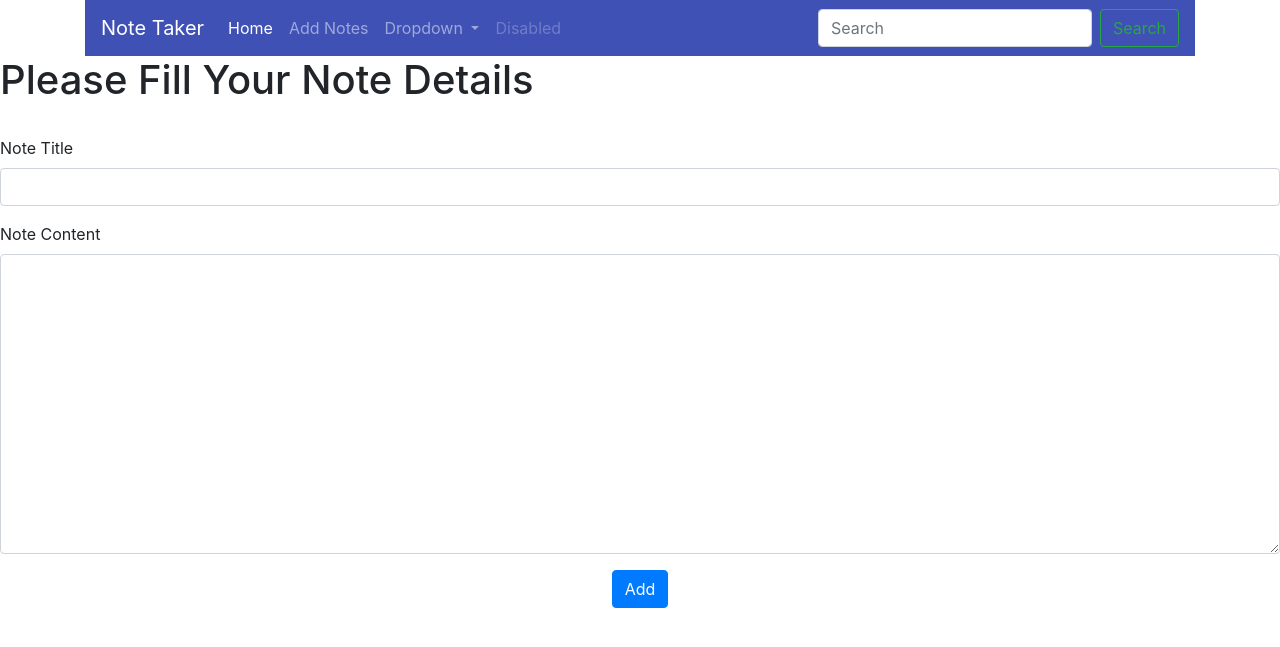
Repository: SudarshanSarnaik/Note_Taker
Page: http://localhost/NoteTaker/add_notes.jsp
The author's editor kept a copy of each file at every save. The page is drawn from the files as they stood at one save, then again after the next save.
The browser window is 1280 px wide. The pictures show the whole page.
The page is served by Tomcat 9. Other server files are loaded and not shown.

Above is the page before, as saved 2025-01-29 10:24:05.

### NoteTaker/src/main/webapp/add_notes.jsp
<%@ page language="java" contentType="text/html; charset=UTF-8"
    pageEncoding="UTF-8"%>
<!DOCTYPE html>
<html>
<head>
    <meta charset="UTF-8">
    <!-- Bootstrap CSS -->
    <link rel="stylesheet"
        href="https://cdn.jsdelivr.net/npm/bootstrap@4.4.1/dist/css/bootstrap.min.css"
        integrity="sha384-Vkoo8x4CGsO3+Hhxv8T/Q5PaXtkKtu6ug5TOeNV6gBiFeWPGFN9MuhOf23Q9Ifjh"
        crossorigin="anonymous">
    <link href="css/style.css" rel="stylesheet" />
    <title>Add Notes</title>
</head>
<body>

    <div class="container">
        <%@ include file="navbar.jsp" %>
    </div>

    <h1>Please Fill Your Note Details</h1>
    <br>

    <form action="note" method="post">
        <div class="mb-3">
            <label for="title" class="form-label">Note Title</label>
           <input type="text" class="form-control" id="title" name="title" required>

        </div>

        <div class="mb-3">
            <label for="content" class="form-label">Note Content</label>
            <textarea style="height: 300px;" class="form-control" id="content" name="content" required></textarea>

        </div>

        <div class="container text-center">
            <button type="submit" class="btn btn-primary">Add</button>
        </div>
    </form>

    <!-- Optional JavaScript -->
    <!-- jQuery first, then Popper.js, then Bootstrap JS -->
    <script src="https://code.jquery.com/jquery-3.4.1.slim.min.js"
        integrity="sha384-J6qa4849blE2+poT4WnyKhv5vZF5SrPo0iEjwBvKU7imGFAV0wwj1yYfoRSJoZ+n"
        crossorigin="anonymous"></script>
    <script
        src="https://cdn.jsdelivr.net/npm/popper.js@1.16.0/dist/umd/popper.min.js"
        integrity="sha384-Q6E9RHvbIyZFJoft+2mJbHaEWldlvI9IOYy5n3zV9zzTtmI3UksdQRVvoxMfooAo"
        crossorigin="anonymous"></script>
    <script
        src="https://cdn.jsdelivr.net/npm/bootstrap@4.4.1/dist/js/bootstrap.min.js"
        integrity="sha384-wfSDF2E50Y2D1uUdj0O3uMBJnjuUD4Ih7YwaYd1iqfktj0Uod8GCExl3Og8ifwB6"
        crossorigin="anonymous"></script>
</body>
</html>

### NoteTaker/src/main/webapp/navbar.jsp
<nav class="navbar navbar-expand-lg navbar-dark purple">
  <a class="navbar-brand" href="index.jsp">Note Taker</a>
  <button class="navbar-toggler" type="button" data-toggle="collapse" data-target="#navbarSupportedContent" aria-controls="navbarSupportedContent" aria-expanded="false" aria-label="Toggle navigation">
    <span class="navbar-toggler-icon"></span>
  </button>

  <div class="collapse navbar-collapse" id="navbarSupportedContent">
    <ul class="navbar-nav mr-auto">
      <li class="nav-item active">
        <a class="nav-link" href="index.jsp">Home <span class="sr-only">(current)</span></a>
      </li>
      <li class="nav-item">
        <a class="nav-link" href="add_notes.jsp">Add Notes</a>
      </li>
      <li class="nav-item dropdown">
        <a class="nav-link dropdown-toggle" href="#" id="navbarDropdown" role="button" data-toggle="dropdown" aria-haspopup="true" aria-expanded="false">
          Dropdown
        </a>
        <div class="dropdown-menu" aria-labelledby="navbarDropdown">
          <a class="dropdown-item" href="#">Action</a>
          <a class="dropdown-item" href="#">Another action</a>
          <div class="dropdown-divider"></div>
          <a class="dropdown-item" href="#">Something else here</a>
        </div>
      </li>
      <li class="nav-item">
        <a class="nav-link disabled" href="#">Disabled</a>
      </li>
    </ul>
    <form class="form-inline my-2 my-lg-0">
      <input class="form-control mr-sm-2" type="search" placeholder="Search" aria-label="Search">
      <button class="btn btn-outline-success my-2 my-sm-0" type="submit">Search</button>
    </form>
  </div>
</nav>

### NoteTaker/src/main/webapp/css/style.css

.purple{
	background: #3f51b5;

}

After the next save:
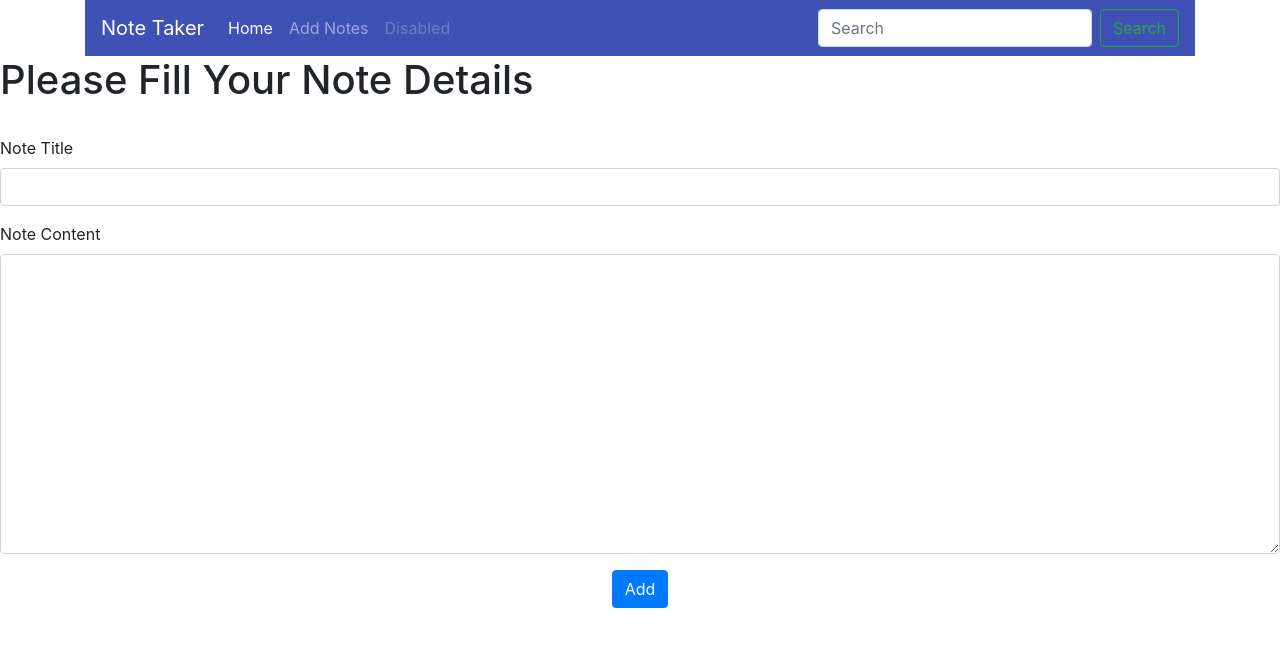
Saved 25 h 47 min later.
--- a/NoteTaker/src/main/webapp/navbar.jsp
+++ b/NoteTaker/src/main/webapp/navbar.jsp
@@ -12,17 +12,7 @@
       <li class="nav-item">
         <a class="nav-link" href="add_notes.jsp">Add Notes</a>
       </li>
-      <li class="nav-item dropdown">
-        <a class="nav-link dropdown-toggle" href="#" id="navbarDropdown" role="button" data-toggle="dropdown" aria-haspopup="true" aria-expanded="false">
-          Dropdown
-        </a>
-        <div class="dropdown-menu" aria-labelledby="navbarDropdown">
-          <a class="dropdown-item" href="#">Action</a>
-          <a class="dropdown-item" href="#">Another action</a>
-          <div class="dropdown-divider"></div>
-          <a class="dropdown-item" href="#">Something else here</a>
-        </div>
-      </li>
+
       <li class="nav-item">
         <a class="nav-link disabled" href="#">Disabled</a>
       </li>
